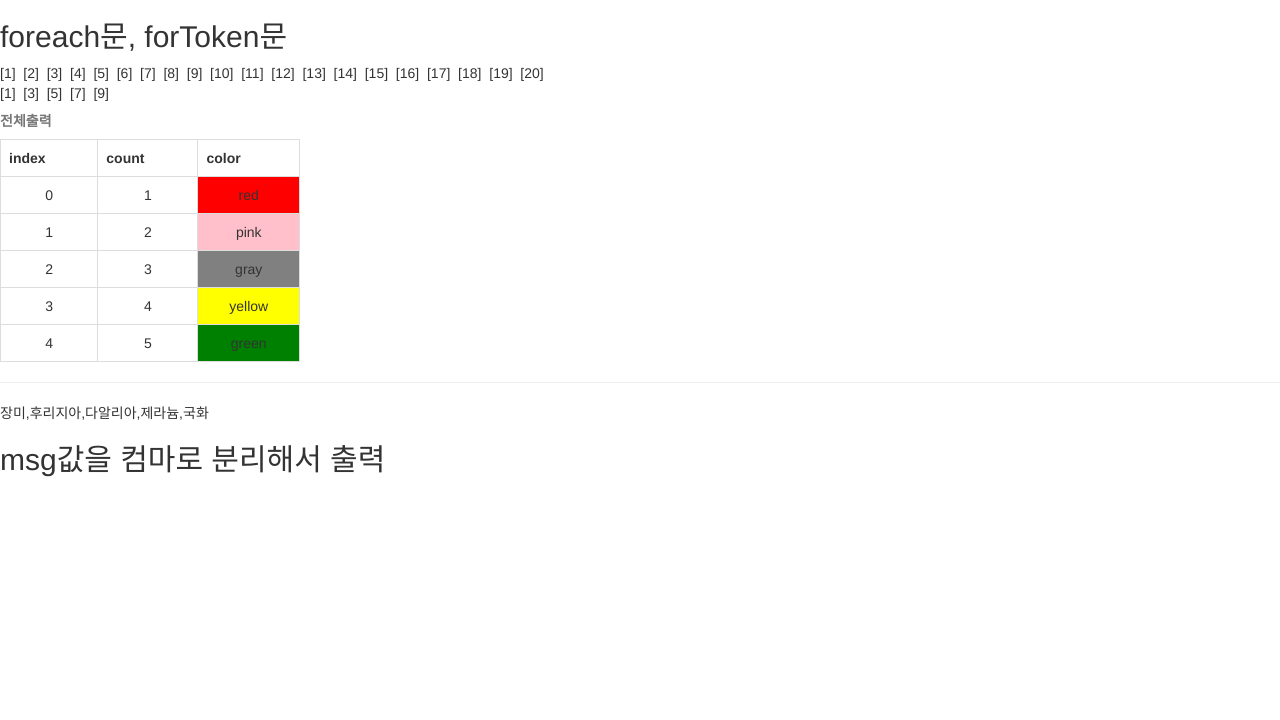
Repository: jungbee2/jungproject
Page: http://localhost/JstlProject/day0330/ex6_foreach.jsp
These files come from the project's save history. The page is drawn as it stood at one moment and after the next save; the edit follows.
The browser window is 1280 px wide. The pictures show the whole page.
Some web fonts or font styles are not loaded; a fallback is used. The page is served by Tomcat 9. Other server files are loaded and not shown.

Above is the page before, as saved 2023-03-30 02:49:03.

### JstlProject/src/main/webapp/day0330/ex6_foreach.jsp
<%@ page language="java" contentType="text/html; charset=utf-8"
	pageEncoding="utf-8"%>
<%@ taglib uri="http://java.sun.com/jsp/jstl/core" prefix="c"%>
<%@ taglib uri="http://java.sun.com/jsp/jstl/fmt" prefix="fmt"%>
<!DOCTYPE html>
<html>
<head>
<meta charset="utf-8">
<title>Insert title here</title>
<link
	href="https://fonts.googleapis.com/css2?family=Anton&family=Edu+VIC+WA+NT+Beginner:wght@600&family=Gamja+Flower&family=Single+Day&family=Jua&family=Nanum+Pen+Script&display=swap"
	rel="stylesheet">
<link rel="stylesheet"
	href="https://maxcdn.bootstrapcdn.com/bootstrap/3.4.1/css/bootstrap.min.css">
<script src="https://code.jquery.com/jquery-3.6.3.js"></script>
</head>
<body>
<h2>foreach문, forToken문</h2>

<c:forEach var="a" begin="1" end="20">
	[${a }]&nbsp;
</c:forEach>

<br>

<c:forEach var="a" begin="1" end="10" step="2">
	[${a }]&nbsp;
</c:forEach>

<br>

<%
String [] mycolor={"red","pink","gray","yellow","green"};
%>
<c:set var="mycolor" value="<%=mycolor %>" />
<table class="table table-bordered" style="width:300px;">
	<caption><b>전체출력</b></caption>
	<tr>
	<th>index</th>
	<th>count</th>
	<th>color</th>
	</tr>

	<c:forEach var="a" items="${mycolor }" varStatus="i">
		<tr align="center">
			<td>${i.index }</td>
			<td>${i.count }</td>
			<td bgcolor="${a }">${a }</td>
		</tr>
	</c:forEach>

</table>

<hr>
<c:set var="msg" value="장미,후리지아,다알리아,제라늄,국화"></c:set>
${msg }<br>

<h2>msg값을 컴마로 분리해서 출력</h2>
<c:forTokens var="s" items="${msg }" delims="," varStatus="i"></c:forTokens>
</body>
</html>

After the next save:
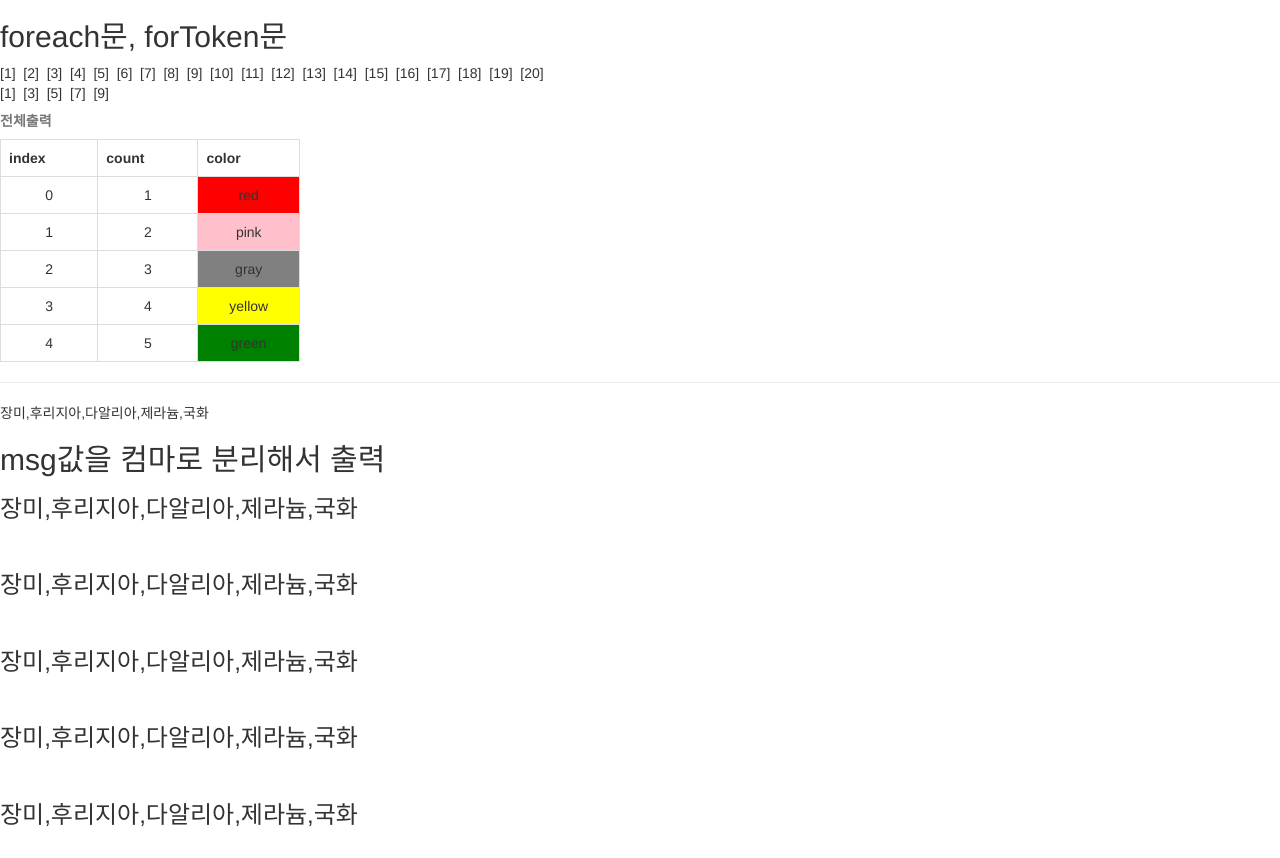
Saved 13 s later.
--- a/JstlProject/src/main/webapp/day0330/ex6_foreach.jsp
+++ b/JstlProject/src/main/webapp/day0330/ex6_foreach.jsp
@@ -56,6 +56,8 @@
 ${msg }<br>
 
 <h2>msg값을 컴마로 분리해서 출력</h2>
-<c:forTokens var="s" items="${msg }" delims="," varStatus="i"></c:forTokens>
+<c:forTokens var="s" items="${msg }" delims="," varStatus="i">
+<h3>${msg }</h3><br>
+</c:forTokens>
 </body>
 </html>
